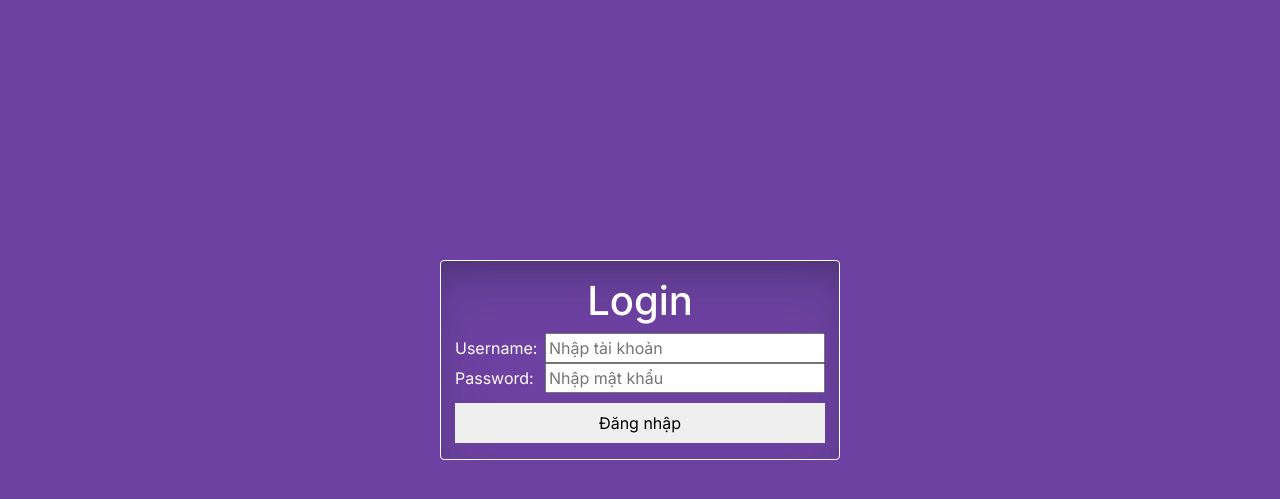
Repository: nghiakma/RFID-RFID-Attendance-System-using-ESP32-Nodejs-Reactjs-Nextjs-
Page: / (app in attendance/)
These files come from the project's save history. The page is drawn as it stood at one moment and after the next save; the edit follows.
The browser window is 1280 px wide. The pictures show the whole page.
The page's requests for data from a server got no answer. The project was rebuilt for these pictures with package versions that can differ from the ones it lists, and the page was loaded fresh each time. The framework's server and built-in components were replaced by stand-ins that run in the browser. No one was signed in, and anything a server would have sent is missing. Also part of the build but not shown: attendance/next.config.js, attendance/src/styles/home-page.module.css, attendance/src/styles/tab-home.module.css, attendance/src/pages/api/convert-time.js, attendance/src/pages/api/networking.js, attendance/src/pages/tab-home.js, attendance/src/styles/tab-history.module.css, attendance/src/pages/tab-history.js and 6 more.

Above is the page before, as saved 2023-12-21 15:07:43.

After the next save:
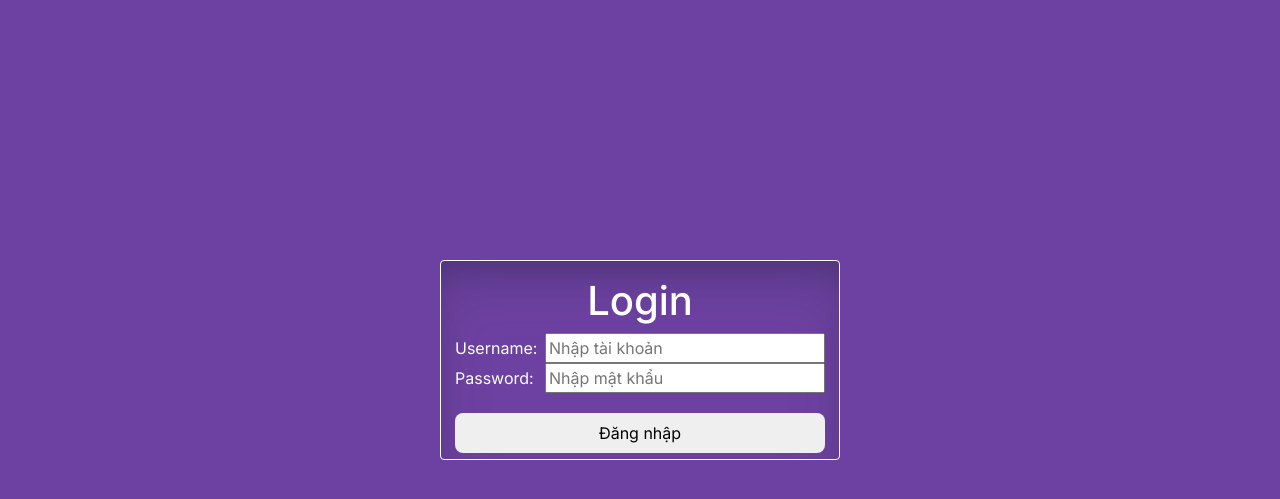
Saved 53 s later.
--- a/attendance/src/pages/login-page.js
+++ b/attendance/src/pages/login-page.js
@@ -40,8 +40,11 @@ const Login = () => {
                             <label style={{width: '90px'}}>Password: </label>
                             <input style={{flex: '1' }} type="password" className="form-input" placeholder="Nhập mật khẩu"/>
                         </div>
-                        <div style={{display: 'flex', height: '50px'}}>
-                            <button style={{width: '100%', border: 'none', padding: '8px 10px', marginTop: 'auto'}}>
+                        <div style={{display: 'flex', height: '60px'}}>
+                            <button style={{
+                                width: '100%', border: 'none', padding: '8px 10px',
+                                marginTop: 'auto', borderRadius: '8px'
+                            }}>
                                 Đăng nhập
                             </button>
                         </div>
